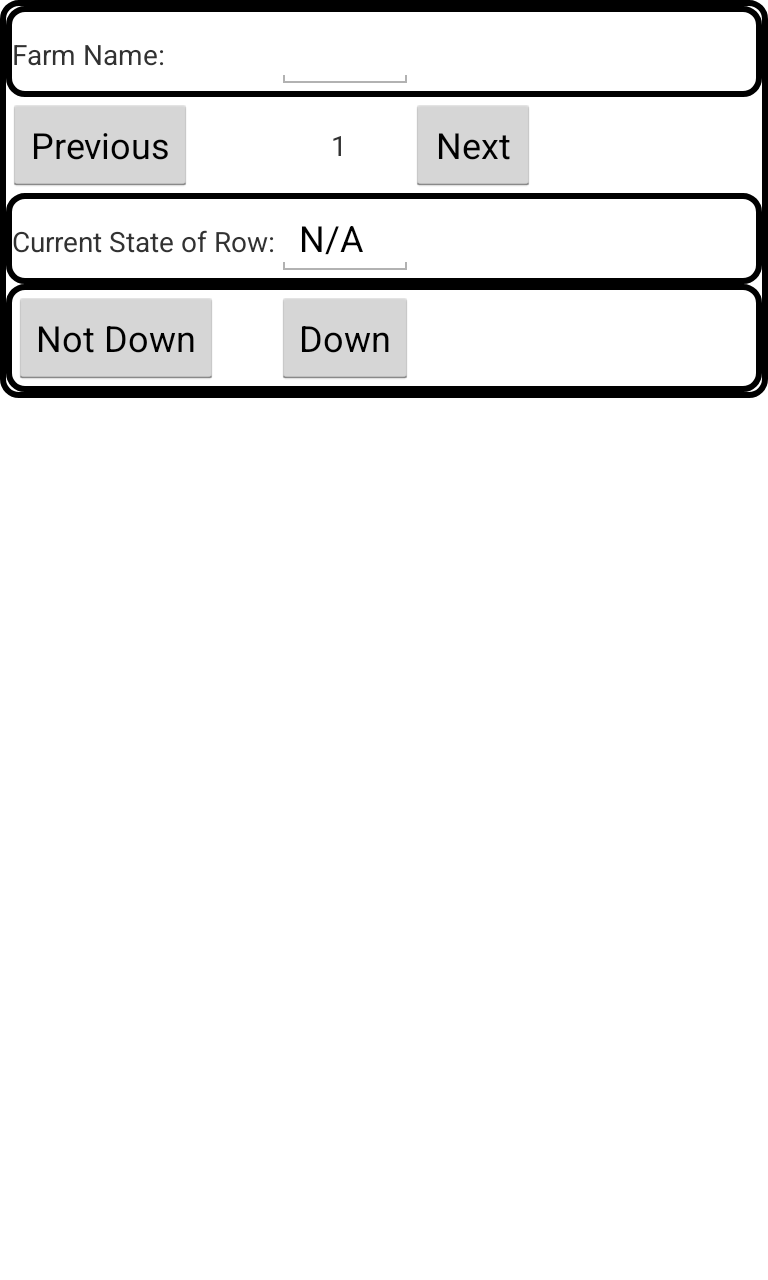
Repository: cokembel/FarmHand
Layout: FarmHand/res/layout/activity_main.xml
The author's editor kept a copy of each file at every save. The layout is drawn from the files as they stood at one save, then again after the next save.
It is drawn on a 768 x 1280 px phone screen (xhdpi) without system bars, with theme AppTheme; the app's code is not run.

Above is the layout before, as saved 2012-11-27 10:38:03.

After the next save:
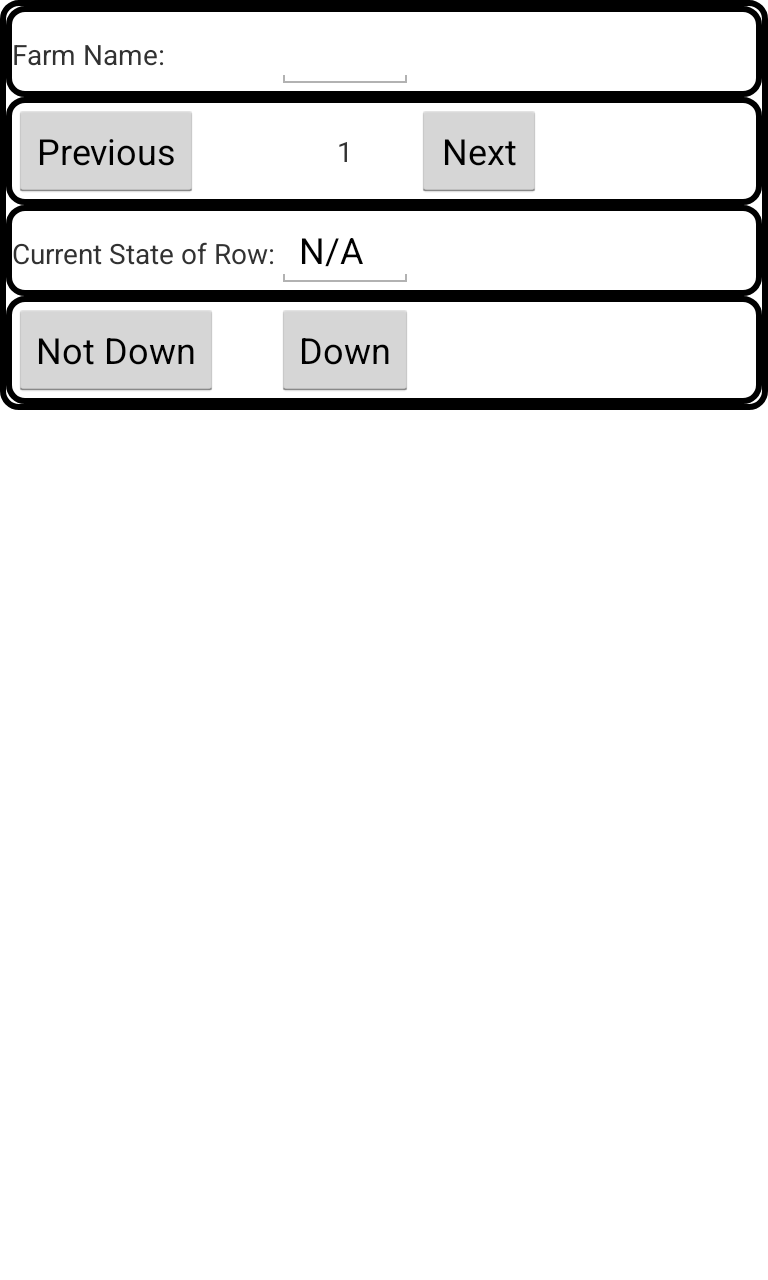
Saved 19 s later.
--- a/FarmHand/res/layout/activity_main.xml
+++ b/FarmHand/res/layout/activity_main.xml
@@ -19,7 +19,7 @@
                     android:layout_height="wrap_content" />
 
             </TableRow>
-            <TableRow android:layout_width="wrap_content" >
+            <TableRow android:background="@drawable/borders" >
                 <Button
                     android:id="@+id/prev_row"
                     android:text="Previous"
